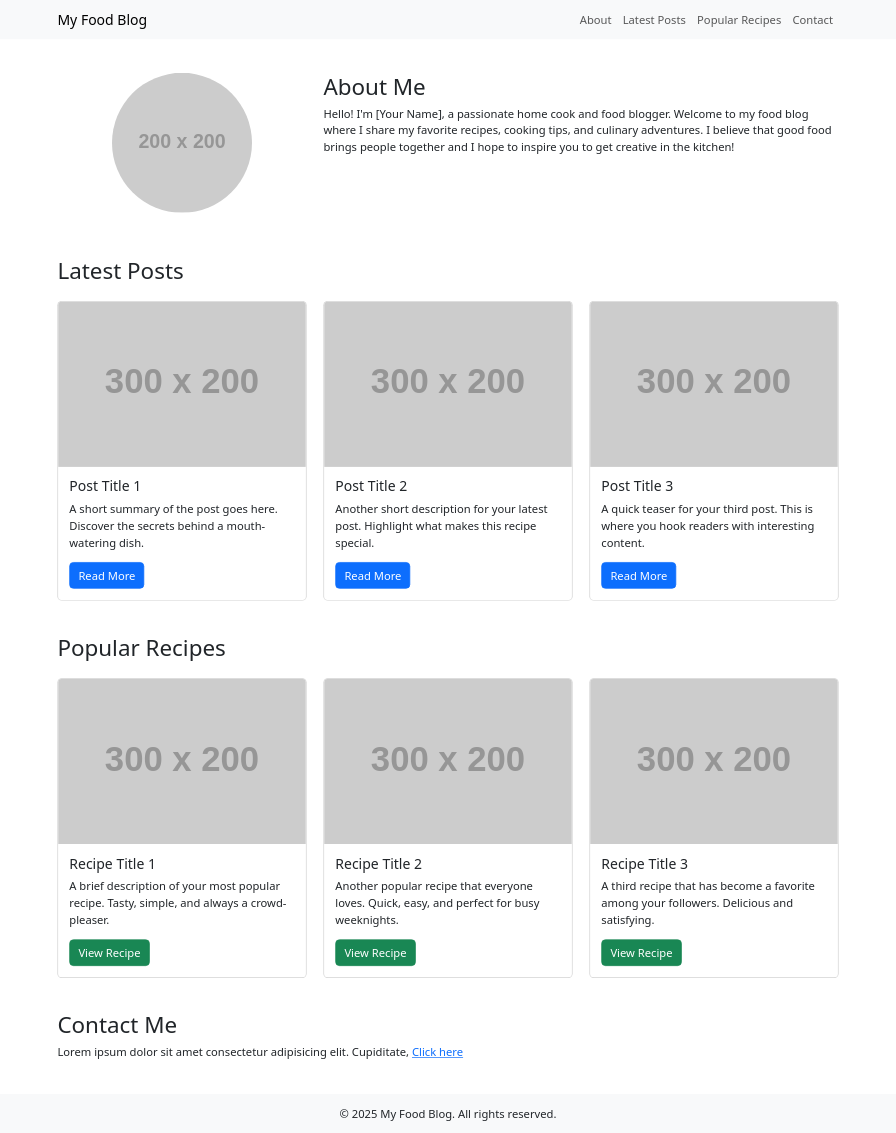
Repository: arunyerram/Web-TEChnologies
Page: 15.03.2025.html
An editor plug-in stored every save of this project. The page is shown before and after a run of saves, followed by the edit.
The browser window is 1280 px wide. The pictures show the whole page, at 70% of full size.

Above is the page before, as saved 2025-03-19 11:22:37.

### 15.03.2025.html
<!DOCTYPE html>
<html lang="en">
<head>
  <meta charset="UTF-8" />
  <meta name="viewport" content="width=device-width, initial-scale=1" />
  <title>My Food Blog</title>
  <!-- Bootstrap 5 CSS -->
  <link
    href="https://cdn.jsdelivr.net/npm/bootstrap@5.3.0/dist/css/bootstrap.min.css"
    rel="stylesheet"
  />
</head>
<body>

  <!-- ======= Header / Navbar ======= -->
  <header>
    <nav class="navbar navbar-expand-lg navbar-light bg-light">
      <div class="container">
        <a class="navbar-brand" href="#">My Food Blog</a>
        <button
          class="navbar-toggler"
          type="button"
          data-bs-toggle="collapse"
          data-bs-target="#navbarSupportedContent"
          aria-controls="navbarSupportedContent"
          aria-expanded="false"
          aria-label="Toggle navigation"
        >
          <span class="navbar-toggler-icon"></span>
        </button>

        <div class="collapse navbar-collapse" id="navbarSupportedContent">
          <ul class="navbar-nav ms-auto mb-2 mb-lg-0">
            <li class="nav-item">
              <a class="nav-link" href="#about">About</a>
            </li>
            <li class="nav-item">
              <a class="nav-link" href="#latest-posts">Latest Posts</a>
            </li>
            <li class="nav-item">
              <a class="nav-link" href="#popular-recipes">Popular Recipes</a>
            </li>
            <li class="nav-item">
              <a class="nav-link" href="#contact">Contact</a>
            </li>
          </ul>
        </div>
      </div>
    </nav>
  </header>

  <!-- ======= Main Content ======= -->
  <main class="container my-5">

    <!-- About Section -->
    <section id="about" class="mb-5">
      <div class="row">
        <div class="col-md-4 text-center">
          <!-- Replace with your own image -->
          <img
            src="https://via.placeholder.com/200"
            alt="Author"
            class="img-fluid rounded-circle mb-3"
          />
        </div>
        <div class="col-md-8">
          <h2>About Me</h2>
          <p>
            Hello! I'm [Your Name], a passionate home cook and food blogger.
            Welcome to my food blog where I share my favorite recipes,
            cooking tips, and culinary adventures. I believe that good food
            brings people together and I hope to inspire you to get creative
            in the kitchen!
          </p>
        </div>
      </div>
    </section>

    <!-- Latest Blog Posts -->
    <section id="latest-posts" class="mb-5">
      <h2 class="mb-4">Latest Posts</h2>
      <div class="row row-cols-1 row-cols-md-3 g-4">
        <!-- Card 1 -->
        <div class="col">
          <div class="card">
            <img
              src="https://via.placeholder.com/300x200"
              class="card-img-top"
              alt="Post Image 1"
            />
            <div class="card-body">
              <h5 class="card-title">Post Title 1</h5>
              <p class="card-text">
                A short summary of the post goes here. Discover the secrets
                behind a mouth-watering dish.
              </p>
              <a href="#" class="btn btn-primary">Read More</a>
            </div>
          </div>
        </div>
        <!-- Card 2 -->
        <div class="col">
          <div class="card">
            <img
              src="https://via.placeholder.com/300x200"
              class="card-img-top"
              alt="Post Image 2"
            />
            <div class="card-body">
              <h5 class="card-title">Post Title 2</h5>
              <p class="card-text">
                Another short description for your latest post. Highlight
                what makes this recipe special.
              </p>
              <a href="#" class="btn btn-primary">Read More</a>
            </div>
          </div>
        </div>
        <!-- Card 3 -->
        <div class="col">
          <div class="card">
            <img
              src="https://via.placeholder.com/300x200"
              class="card-img-top"
              alt="Post Image 3"
            />
            <div class="card-body">
              <h5 class="card-title">Post Title 3</h5>
              <p class="card-text">
                A quick teaser for your third post. This is where you hook
                readers with interesting content.
              </p>
              <a href="#" class="btn btn-primary">Read More</a>
            </div>
          </div>
        </div>
      </div>
    </section>

    <!-- Popular Recipes -->
    <section id="popular-recipes" class="mb-5">
      <h2 class="mb-4">Popular Recipes</h2>
      <div class="row row-cols-1 row-cols-md-3 g-4">
        <!-- Recipe Card 1 -->
        <div class="col">
          <div class="card">
            <img
              src="https://via.placeholder.com/300x200"
              class="card-img-top"
              alt="Recipe Image 1"
            />
            <div class="card-body">
              <h5 class="card-title">Recipe Title 1</h5>
              <p class="card-text">
                A brief description of your most popular recipe. Tasty,
                simple, and always a crowd-pleaser.
              </p>
              <a href="#" class="btn btn-success">View Recipe</a>
            </div>
          </div>
        </div>
        <!-- Recipe Card 2 -->
        <div class="col">
          <div class="card">
            <img
              src="https://via.placeholder.com/300x200"
              class="card-img-top"
              alt="Recipe Image 2"
            />
            <div class="card-body">
              <h5 class="card-title">Recipe Title 2</h5>
              <p class="card-text">
                Another popular recipe that everyone loves. Quick, easy, and
                perfect for busy weeknights.
              </p>
              <a href="#" class="btn btn-success">View Recipe</a>
            </div>
          </div>
        </div>
        <!-- Recipe Card 3 -->
        <div class="col">
          <div class="card">
            <img
              src="https://via.placeholder.com/300x200"
              class="card-img-top"
              alt="Recipe Image 3"
            />
            <div class="card-body">
              <h5 class="card-title">Recipe Title 3</h5>
              <p class="card-text">
                A third recipe that has become a favorite among your
                followers. Delicious and satisfying.
              </p>
              <a href="#" class="btn btn-success">View Recipe</a>
            </div>
          </div>
        </div>
      </div>
    </section>

    <!-- Contact Section -->
    <section id="contact">
      <h2 >Contact Me</h2>
      <p>Lorem ipsum dolor sit amet consectetur adipisicing elit. Cupiditate, <a href="#">Click here</a></p>
    </section>


    <section>


    </section>

  </main>

  <!-- ======= Footer ======= -->
  <footer class="bg-light text-center py-3">
    <p class="mb-0">&copy; 2025 My Food Blog. All rights reserved.</p>
  </footer>

  <!-- Bootstrap 5 JS (Popper + Bootstrap) -->
  <script
    src="https://cdn.jsdelivr.net/npm/bootstrap@5.3.0/dist/js/bootstrap.bundle.min.js"
  ></script>

  <!-- Form Validation Script -->
  <script>
    (function () {
      'use strict';
      const forms = document.querySelectorAll('.needs-validation');
      Array.prototype.slice.call(forms).forEach(function (form) {
        form.addEventListener('submit', function (event) {
          if (!form.checkValidity()) {
            event.preventDefault();
            event.stopPropagation();
          }
          form.classList.add('was-validated');
        }, false);
      });
    })();
  </script>
</body>
</html>

After the next 2 saves:
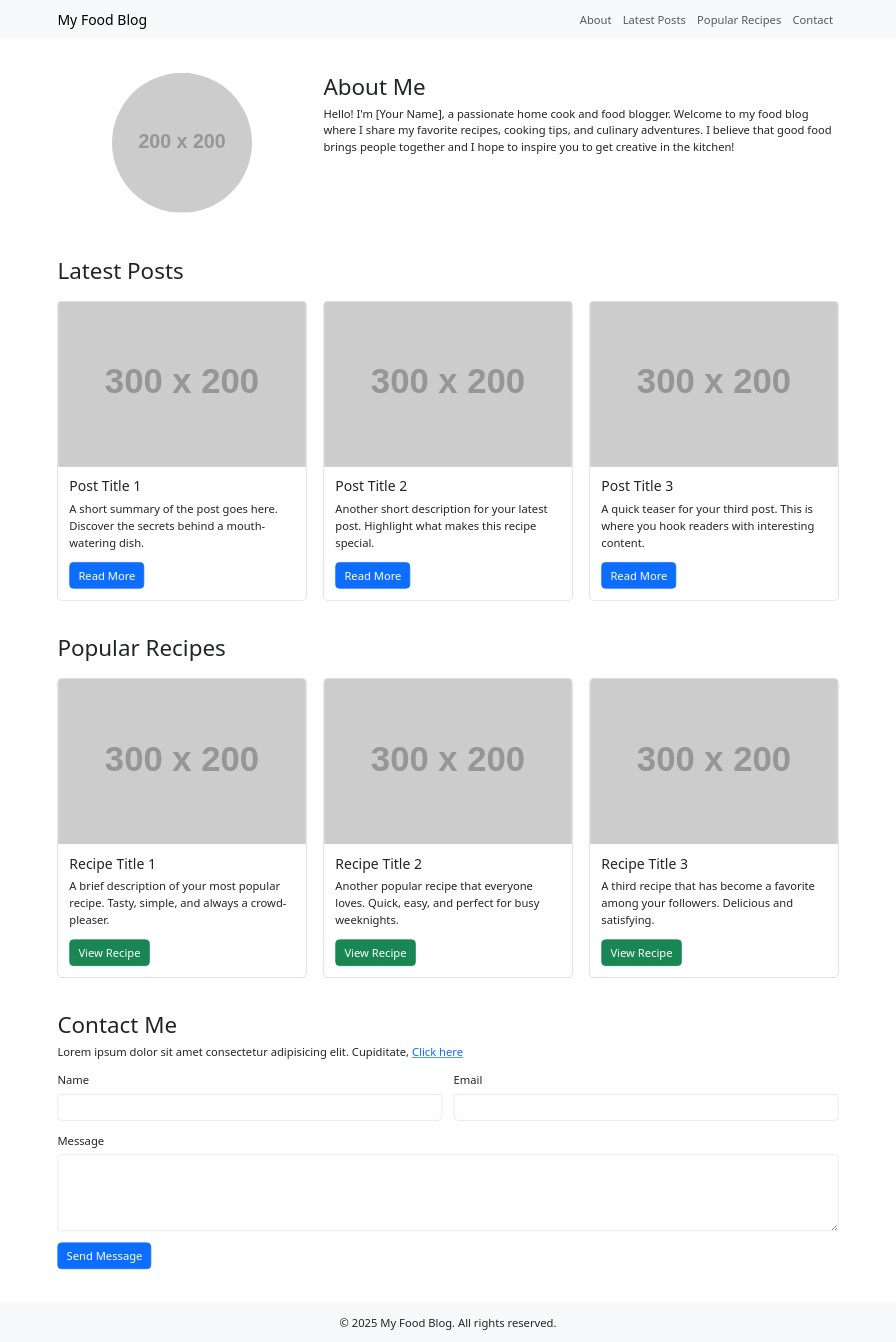
The 2 saves are shown as one change because they came seconds apart.
The last was saved 5 s later.
--- a/15.03.2025.html
+++ b/15.03.2025.html
@@ -206,8 +206,47 @@
 
 
     <section>
-
-
+      <form class="row g-3 needs-validation" novalidate>
+        <div class="col-md-6">
+          <label for="name" class="form-label">Name</label>
+          <input
+            type="text"
+            class="form-control"
+            id="name"
+            required
+          />
+          <div class="invalid-feedback">
+            Please provide your name.
+          </div>
+        </div>
+        <div class="col-md-6">
+          <label for="email" class="form-label">Email</label>
+          <input
+            type="email"
+            class="form-control"
+            id="email"
+            required
+          />
+          <div class="invalid-feedback">
+            Please provide a valid email address.
+          </div>
+        </div>
+        <div class="col-12">
+          <label for="message" class="form-label">Message</label>
+          <textarea
+            class="form-control"
+            id="message"
+            rows="4"
+            required
+          ></textarea>
+          <div class="invalid-feedback">
+            Please enter your message.
+          </div>
+        </div>
+        <div class="col-12">
+          <button class="btn btn-primary" type="submit">Send Message</button>
+        </div>
+      </form>
     </section>
 
   </main>
